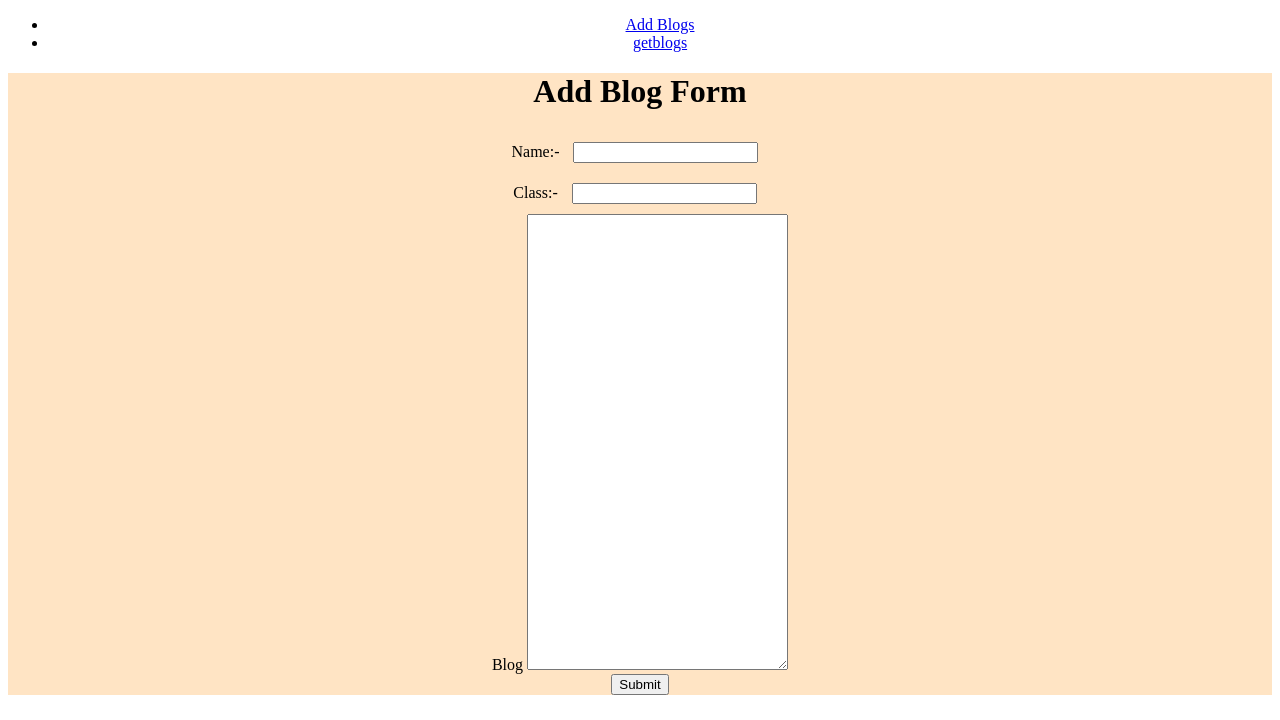
Repository: Sanskriti002/ExpressToDo
Page: public/index.html
An editor plug-in stored every save of this project. The page is shown before and after the next save, followed by the edit.
The browser window is 1280 px wide. The pictures show the whole page.

Above is the page before, as saved 2024-03-13 11:57:00.

### public/index.html
<!DOCTYPE html>
<html lang="en">

<head>
    <meta charset="UTF-8">
    <meta name="viewport" content="width=device-width, initial-scale=1.0">
    <title>Add Blogs</title>
    <link rel="stylesheet" href="style.css">
</head>

<header>
    <nav>
        <ul>
            <li><a href="/">Add Blogs</a></li>
            <li><a href="/getblogs">getblogs</a></li>
        </ul>
    </nav>
</header>

<body>
    <div>
    <h1>Add Blog Form</h1>
    <form action="/addblog" method="post">
        <label for="name">Name:-</label>
        <input type="text" name="name" id="name"><br>

        <label for="Class">Class:-</label>
        <input type="text" name="Class" id="Class"><br>

        Blog <textarea name="blog" id="blog" cols="30" rows="30"></textarea><br>

        <button>Submit</button>

    </form>
</div>
</body>

</html>

### public/style.css
*{
    text-align: center;

}

div{
background-color:bisque ;
/* display: flex; */
justify-content: center;
align-items: center;
}

input{
    margin: 10px;
}

After the next save:
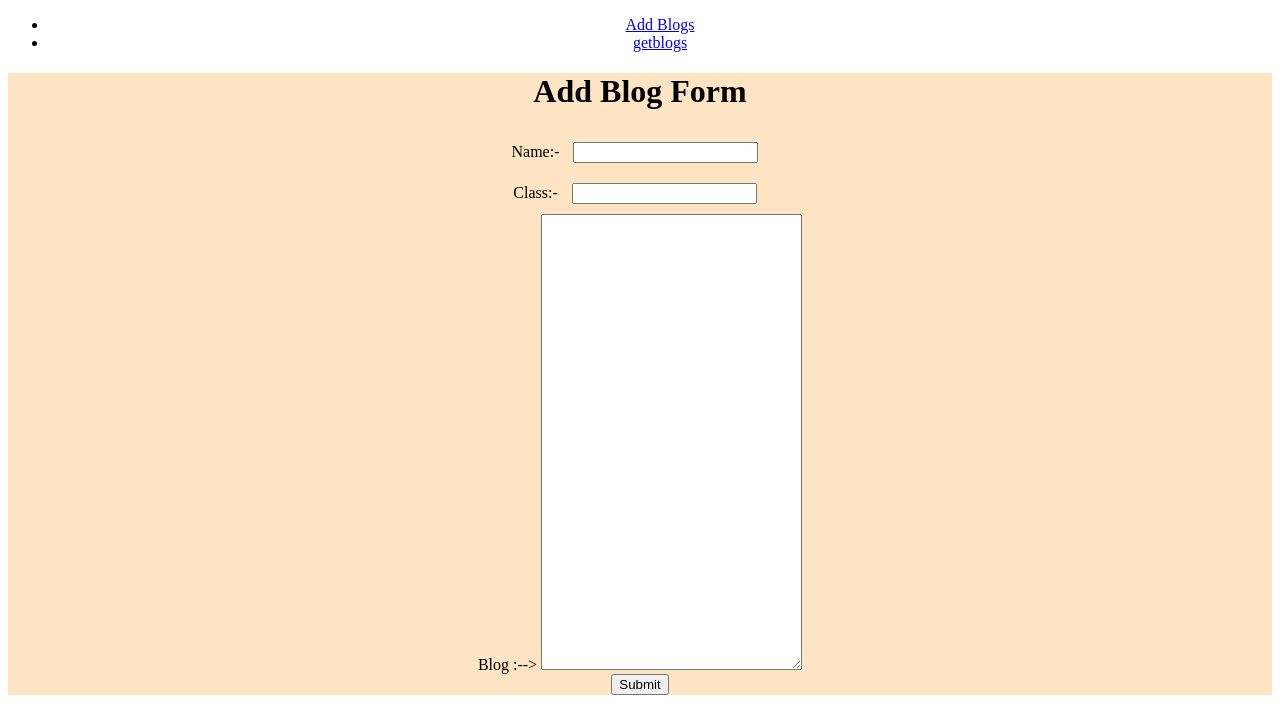
Saved 4 s later.
--- a/public/index.html
+++ b/public/index.html
@@ -27,7 +27,7 @@
         <label for="Class">Class:-</label>
         <input type="text" name="Class" id="Class"><br>
 
-        Blog <textarea name="blog" id="blog" cols="30" rows="30"></textarea><br>
+        Blog :--> <textarea name="blog" id="blog" cols="30" rows="30"></textarea><br>
 
         <button>Submit</button>
 
